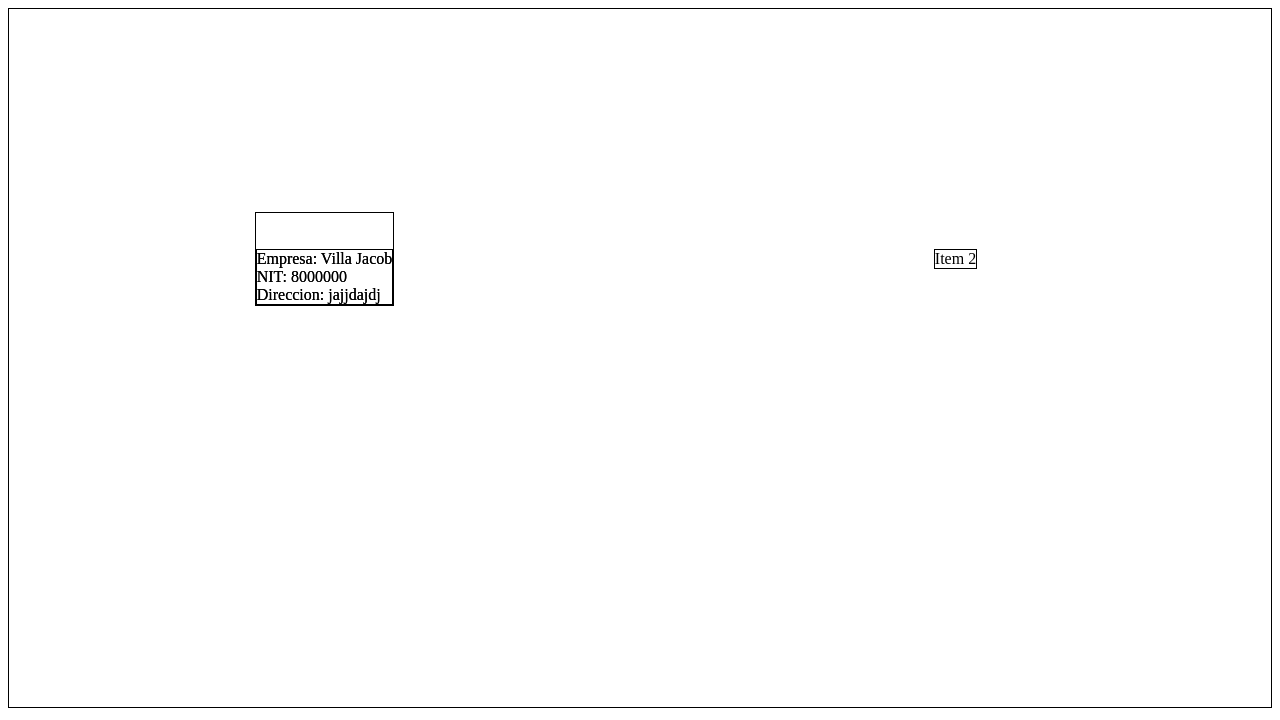
Repository: MrVanQish/FacturaEstructura
Page: index.html
These files come from the project's save history. The page is drawn as it stood at one moment and after the next save; the edit follows.
The browser window is 1280 px wide. The pictures show the whole page.

Above is the page before, as saved 2021-09-29 09:18:56.

After the next save:
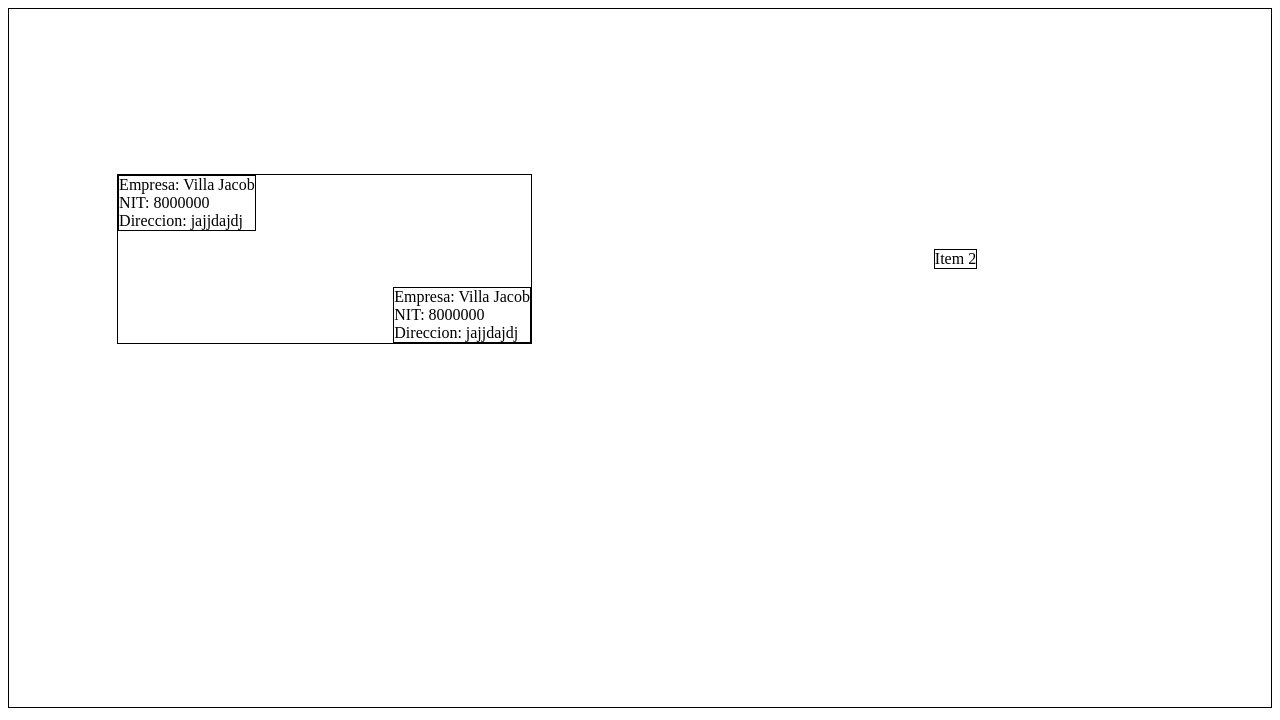
Saved 4 s later.
--- a/styles.css
+++ b/styles.css
@@ -18,7 +18,7 @@
     grid-template-columns: 1fr 1fr;
     grid-template-rows: 1fr 1fr;
     grid-template-areas:
-      "header-f",
+      "header-f";
       "body-f"   "table-f"
   }
 
